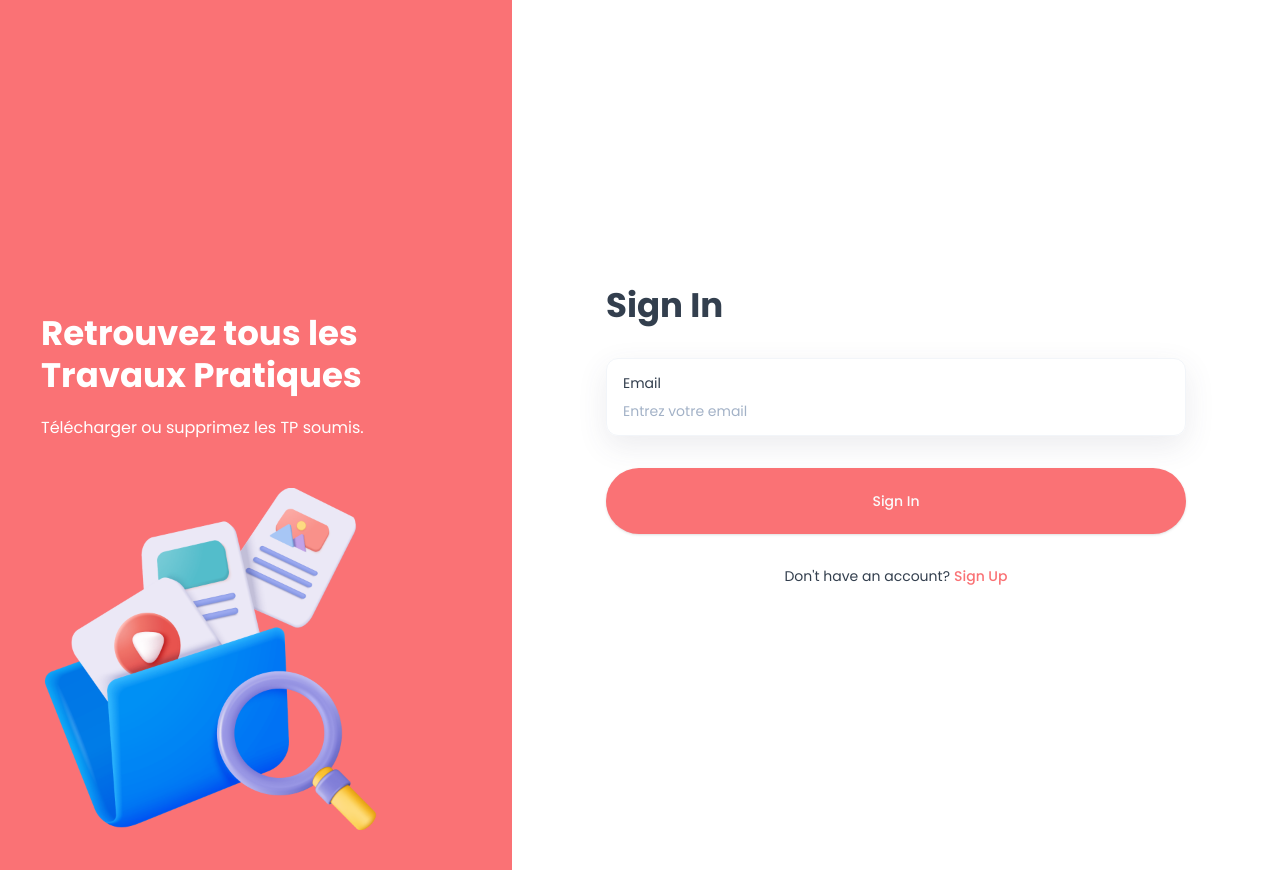
Repository: Tychiq/pigier_tp
Page: /sign-in
An editor plug-in stored every save of this project. The page is shown before and after the next save, followed by the edit.
The browser window is 1280 px wide. The pictures show the whole page.
The page's requests for data from a server got no answer. The project was rebuilt for these pictures with package versions that can differ from the ones it lists, and the page was loaded fresh each time. The framework's server and built-in components were replaced by stand-ins that run in the browser. No one was signed in, and anything a server would have sent is missing. Also part of the build but not shown: next.config.ts, components/ui/alert-dialog.tsx, components/ui/input-otp.tsx, components/OTPModal.tsx.

Above is the page before, as saved 2025-04-29 11:35:39.

After the next save:
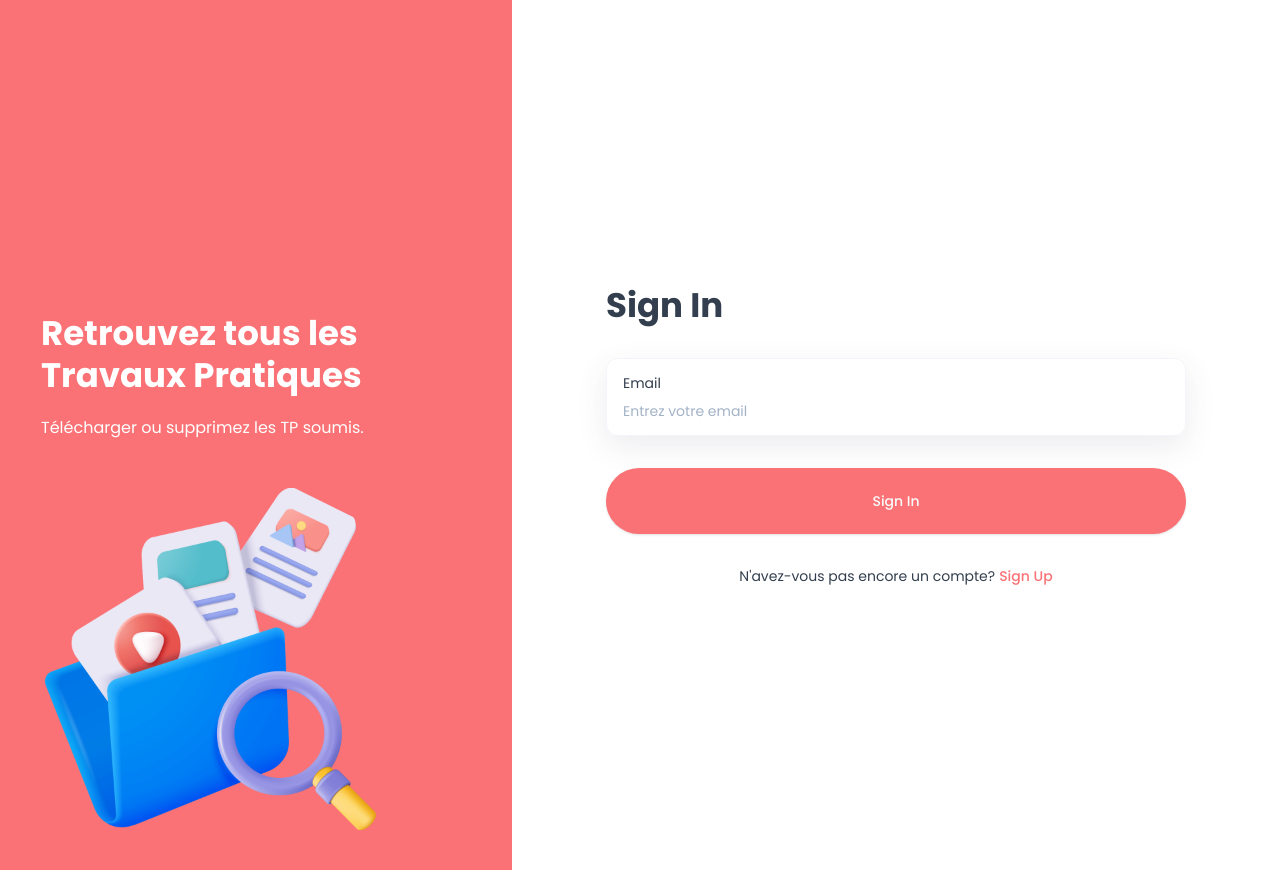
Saved 3 min 48 s later.
--- a/components/AuthForm.tsx
+++ b/components/AuthForm.tsx
@@ -143,8 +143,8 @@ const AuthForm = ({ type }: { type: FormType }) => {
           <div className="body-2 flex justify-center">
             <p className="text-light-100">
               {type === "sign-in"
-                ? "Don't have an account?"
-                : "Already have an account?"}
+                ? "N'avez-vous pas encore un compte?"
+                : "Déja enregistré(e)?"}
             </p>
             <Link
               href={type === "sign-in" ? "/sign-up" : "/sign-in"}
